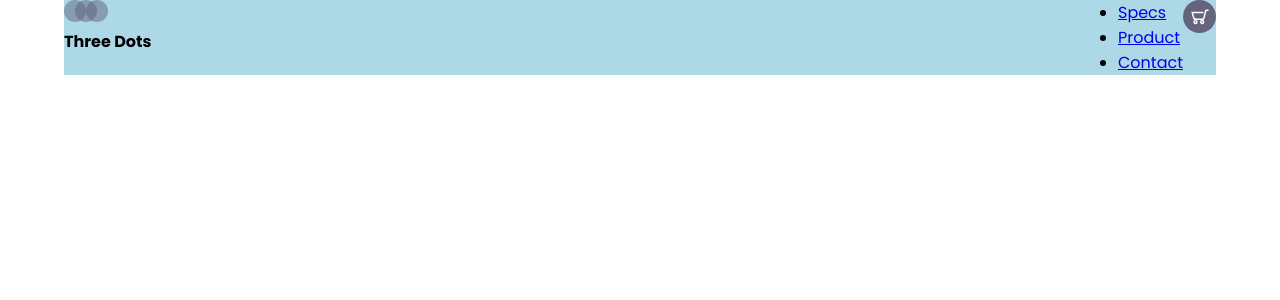
Repository: Sabarivenkatesh22/netlify-laptop-app
Page: index.html
The author's editor kept a copy of each file at every save. The page is drawn from the files as they stood at one save, then again after the next save.
The browser window is 1280 px wide. The pictures show the whole page.

Above is the page before, as saved 2024-06-04 08:32:08.

After the next save:
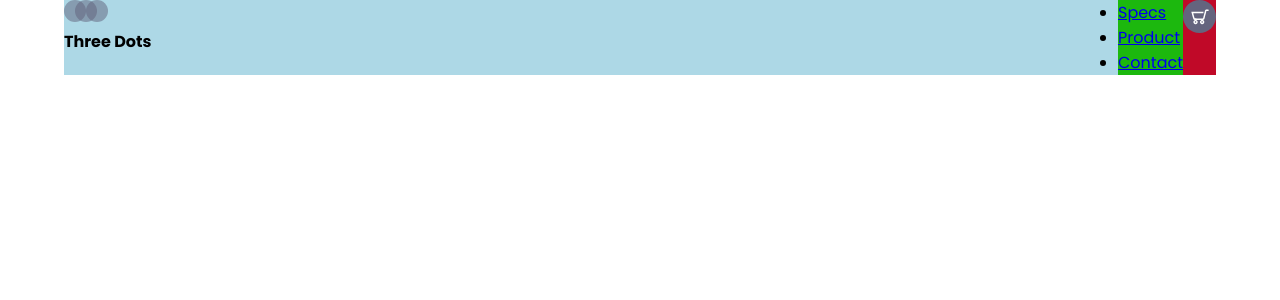
Saved 43 s later.
--- a/style.css
+++ b/style.css
@@ -10,17 +10,18 @@
 
 header{
     display: flex;
-    background:lightblue ;
+
     width: 90%;
     margin: auto;
 }
 
 .logo-container{
     flex: 1;
+    background:lightblue ;
 }
 nav{
-
+    background:rgb(28, 184, 14) ;;
 }
 .cart{
-
+    background:rgb(192, 9, 40) ;
 }
